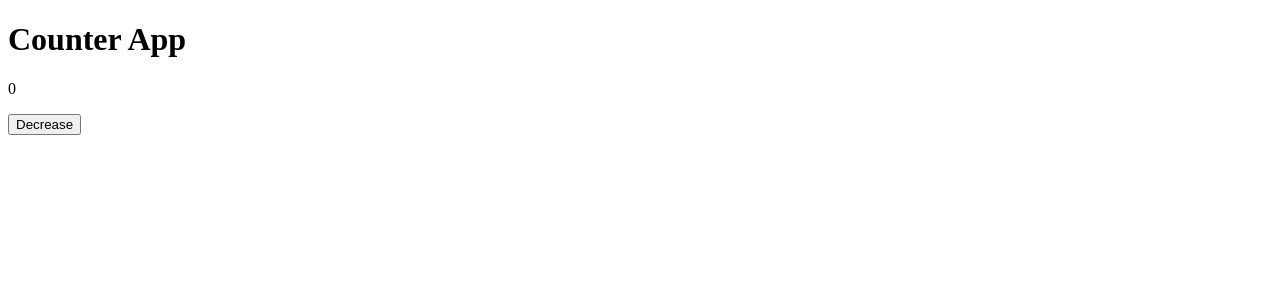
Repository: Yuukicoder/basicProject
Page: project2.html
The author's editor kept a copy of each file at every save. The page is drawn from the files as they stood at one save, then again after the next save.
The browser window is 1280 px wide. The pictures show the whole page.

Above is the page before, as saved 2023-02-24 16:30:58.

### project2.html
<!DOCTYPE html>
<html lang="en">
  <head>
    <meta charset="UTF-8" />
    <meta http-equiv="X-UA-Compatible" content="IE=edge" />
    <meta name="viewport" content="width=device-width, initial-scale=1.0" />
    <title>Document</title>
  </head>
  <body>
    <h1>Counter App</h1>
    <p class="counter-preview">0</p>
    <div class="buttons" id="allBtns">
      <button class="decrement" id="decrement">Decrease</button>
    </div>
  </body>
</html>

After the next save:
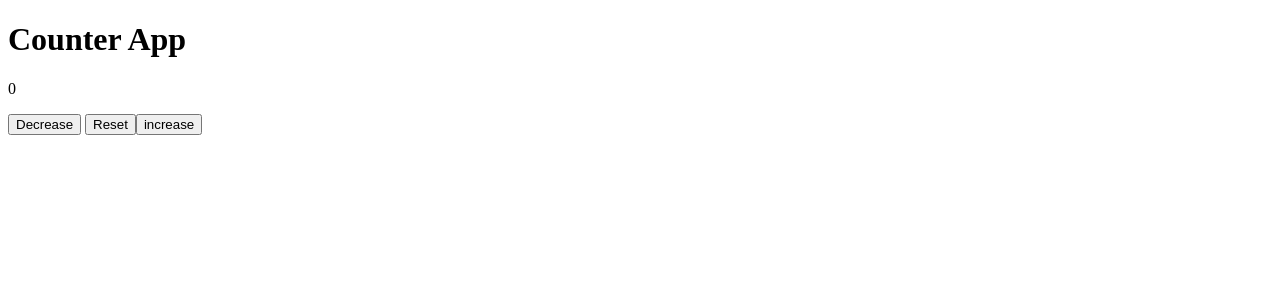
Saved 50 s later.
--- a/project2.html
+++ b/project2.html
@@ -11,6 +11,8 @@
     <p class="counter-preview">0</p>
     <div class="buttons" id="allBtns">
       <button class="decrement" id="decrement">Decrease</button>
+      <button class="reset" id="reset">Reset</button
+      ><button class="increment" id="increment">increase</button>
     </div>
   </body>
 </html>
